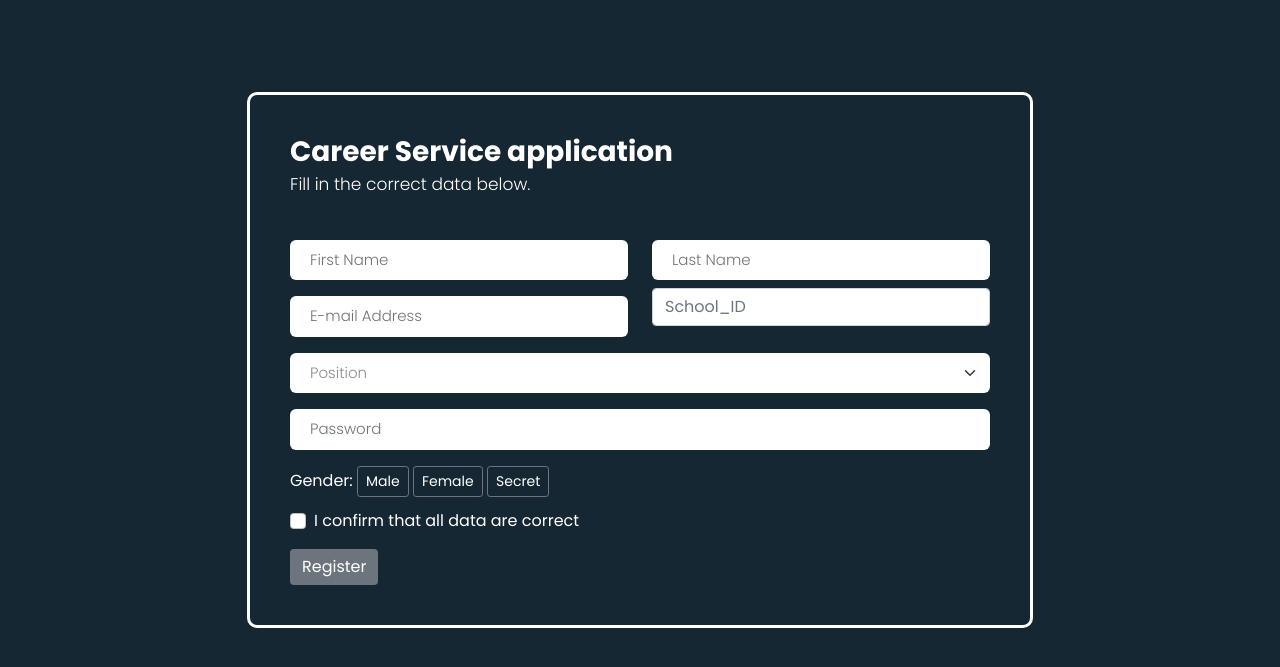
Repository: Samkiroko/form-assignment
Page: index.html
The author's editor kept a copy of each file at every save. The page is drawn from the files as they stood at one save, then again after the next save.
The browser window is 1280 px wide. The pictures show the whole page.

Above is the page before, as saved 2022-12-03 18:41:15.

After the next save:
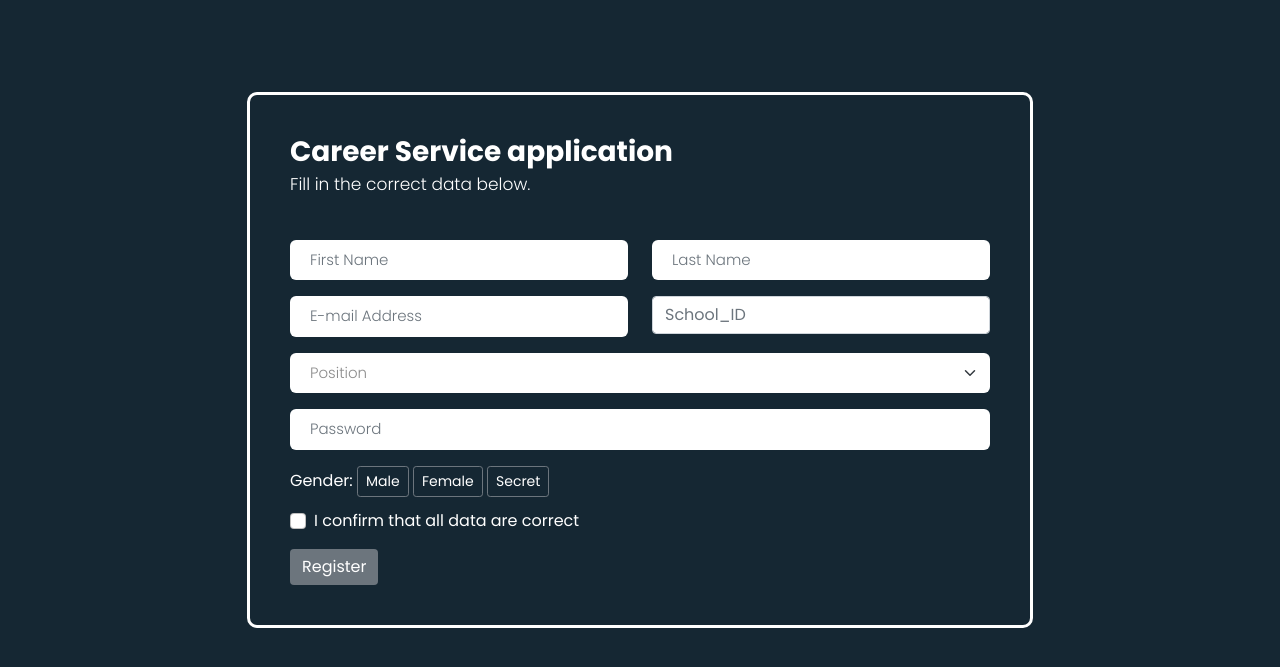
Saved 6 s later.
--- a/index.html
+++ b/index.html
@@ -34,7 +34,7 @@
                                  <div class="valid-feedback">Email field is valid!</div>
                                  <div class="invalid-feedback">Email field cannot be blank!</div>
                             </div>
-                             <div class="col-6 mt-2">
+                             <div class="col-6 mt-3">
                                 <input class="form-control" type="number" name="ID" placeholder="School_ID" required>
                                  <div class="valid-feedback">School id field is valid!</div>
                                  <div class="invalid-feedback">School id field cannot be blank!</div>
